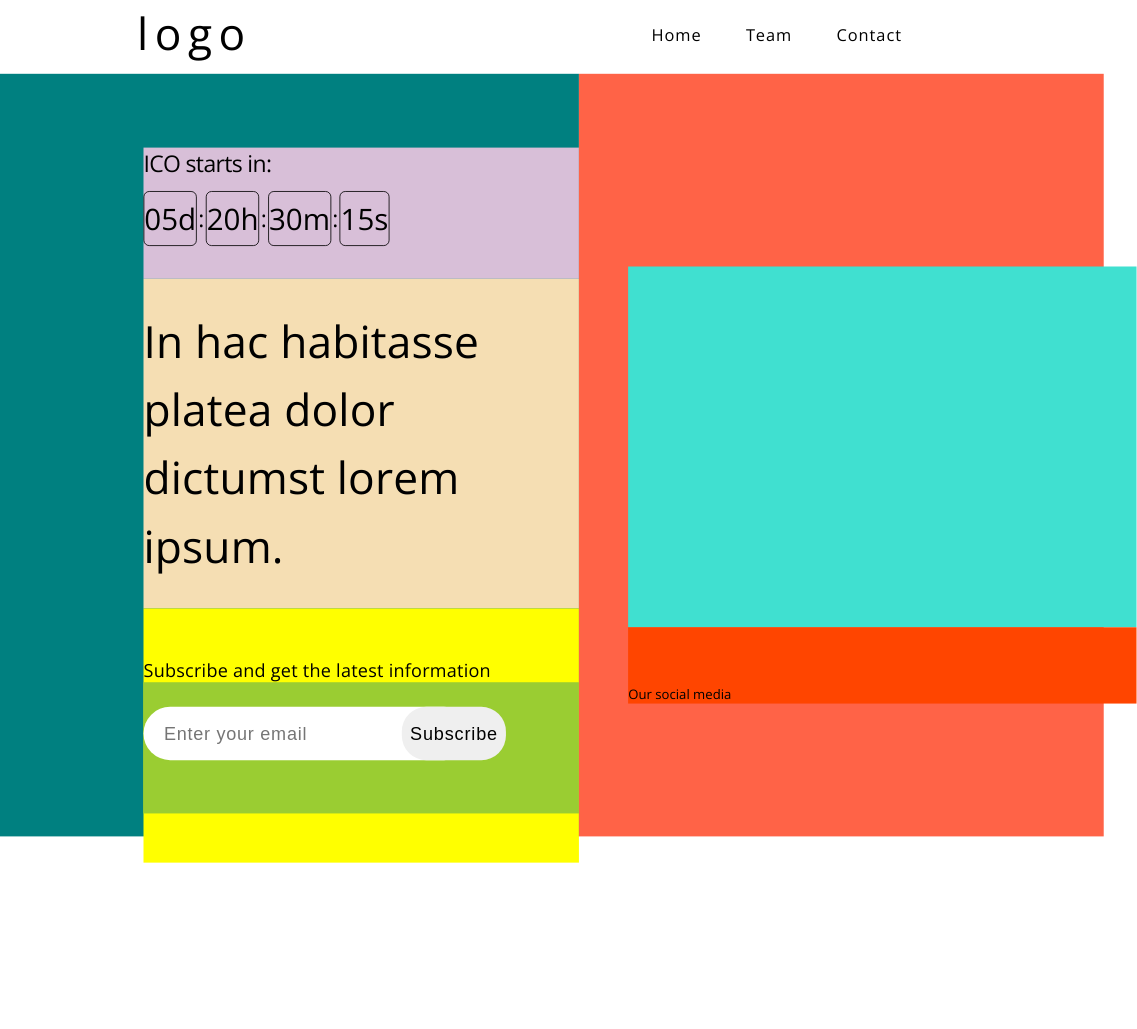
Repository: McGregorSt/newOne
Page: index.html
The author's editor kept a copy of each file at every save. The page is drawn from the files as they stood at one save, then again after a run of saves.
The browser window is 1280 px wide. The page is 1386 px wide, so the pictures cover 1386 px, including what lies to the right of the window. The pictures show the whole page, at 82% of full size.

Above is the page before, as saved 2019-12-13 18:59:10.

After the next 3 saves:
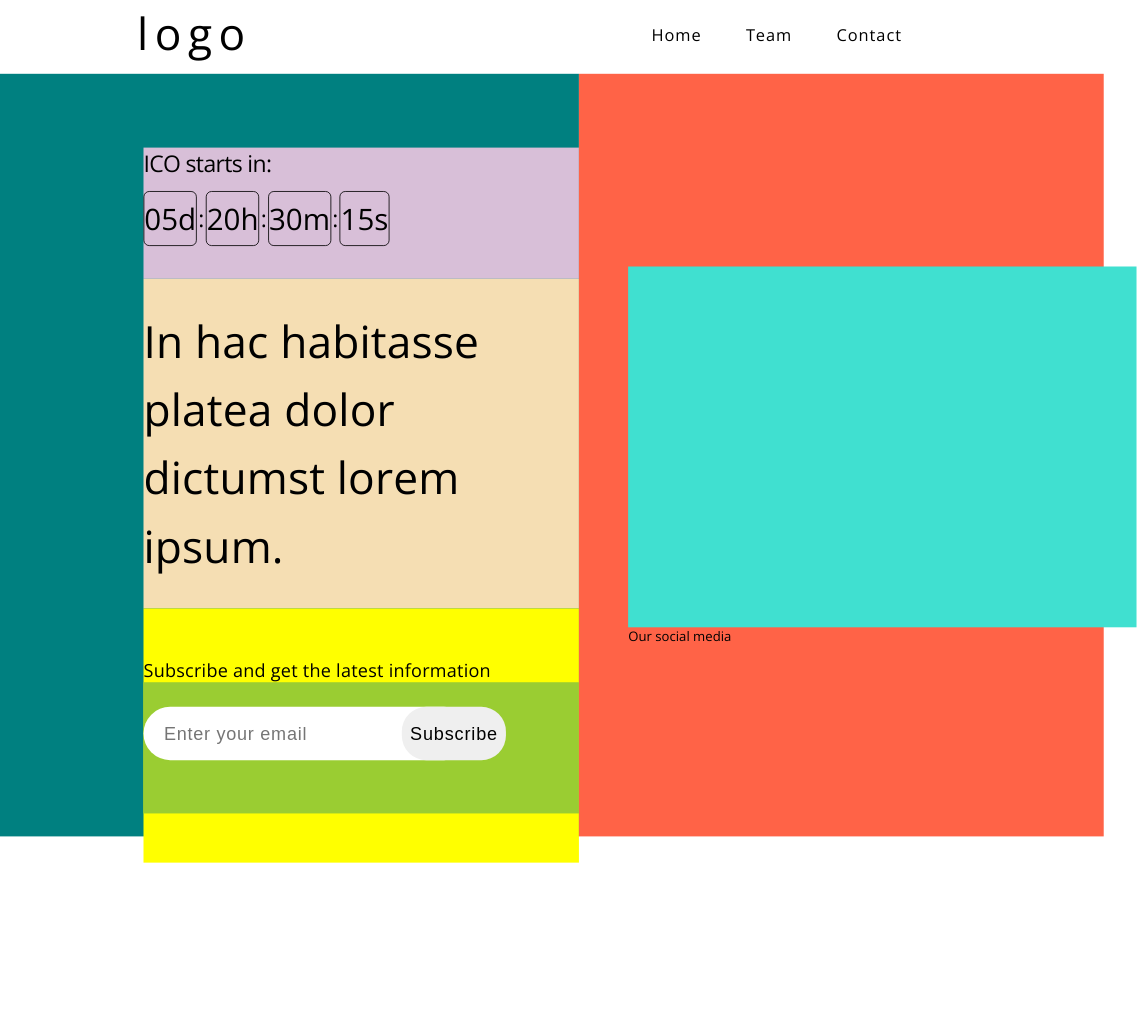
The 3 saves are shown as one change because they came seconds apart.
The last was saved 27 s later.
--- a/css/style.css
+++ b/css/style.css
@@ -141,7 +141,7 @@
   height: 10%;
   display: flex;
   flex-direction: column;
-  justify-content: end;
+  align-
   background-color: orangered;
 }
 

After the 2 saves that followed:
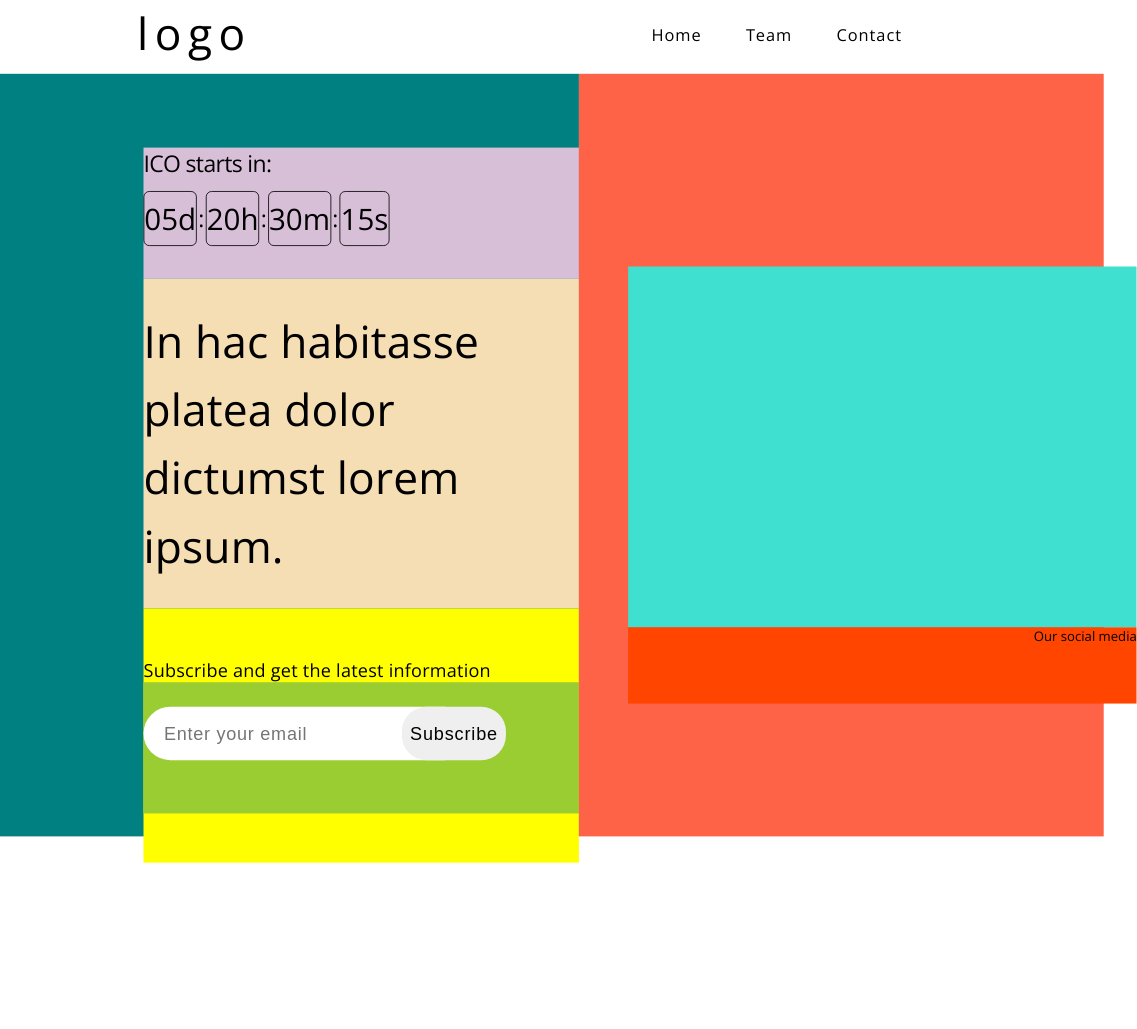
The 2 saves are shown as one change because they came seconds apart.
The last was saved 6 s later.
--- a/css/style.css
+++ b/css/style.css
@@ -141,7 +141,7 @@
   height: 10%;
   display: flex;
   flex-direction: column;
-  align-
+  align-items: flex-end;
   background-color: orangered;
 }
 
